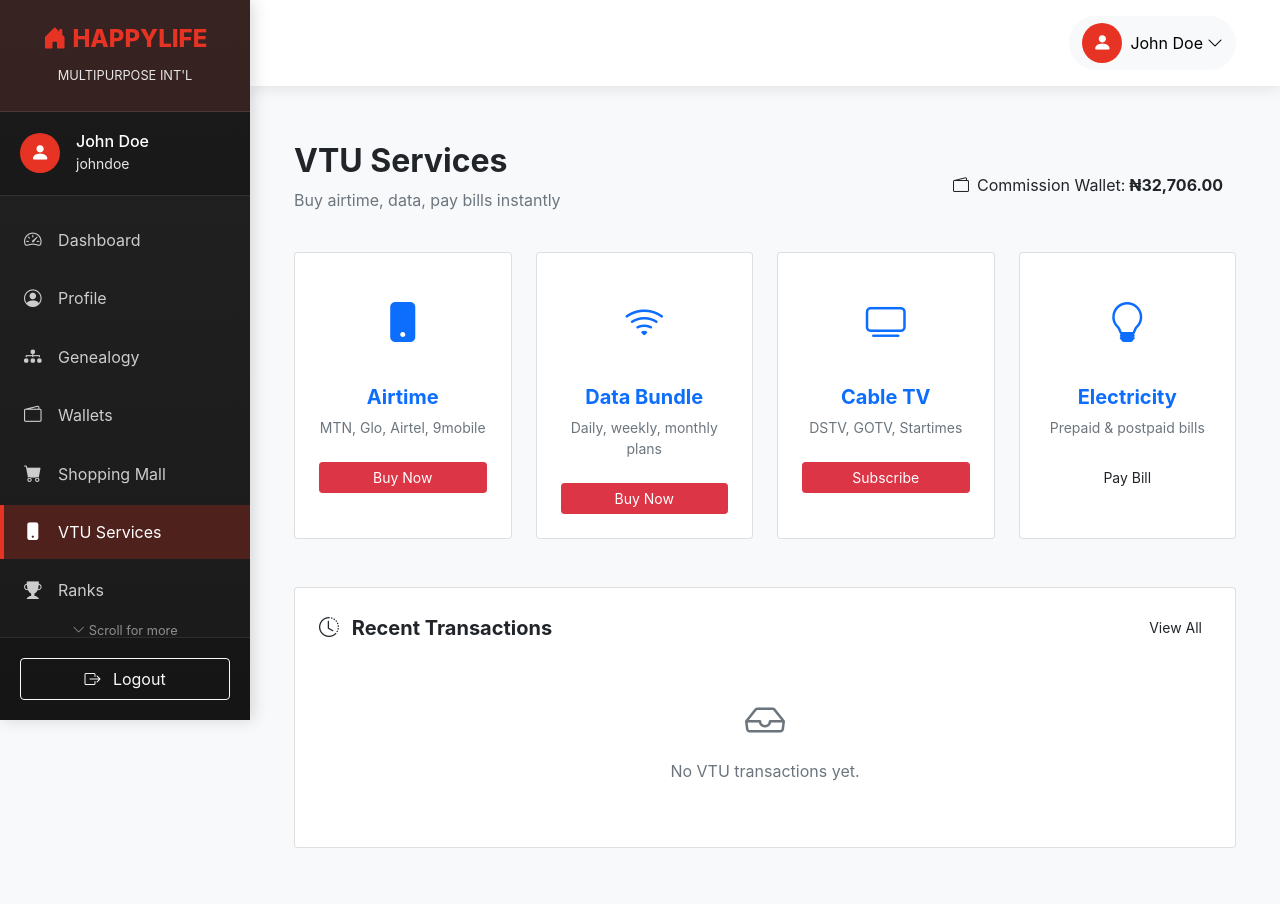
Repository: YackswebCode/happylife
Page: http://localhost/member/vtu
The author's editor kept a copy of each file at every save. The page is drawn from the files as they stood at one save, then again after the next save.
The browser window is 1280 px wide. The pictures show the whole page.
The page is served by the project's Laravel application, run on PHP 8.4 with Laravel 12. The first stored user is signed in. The database holds what the project's SQL file puts in it. Queries for data that is not in the repository find no rows.

Above is the page before, as saved 2026-03-04 12:32:51.

After the next save:
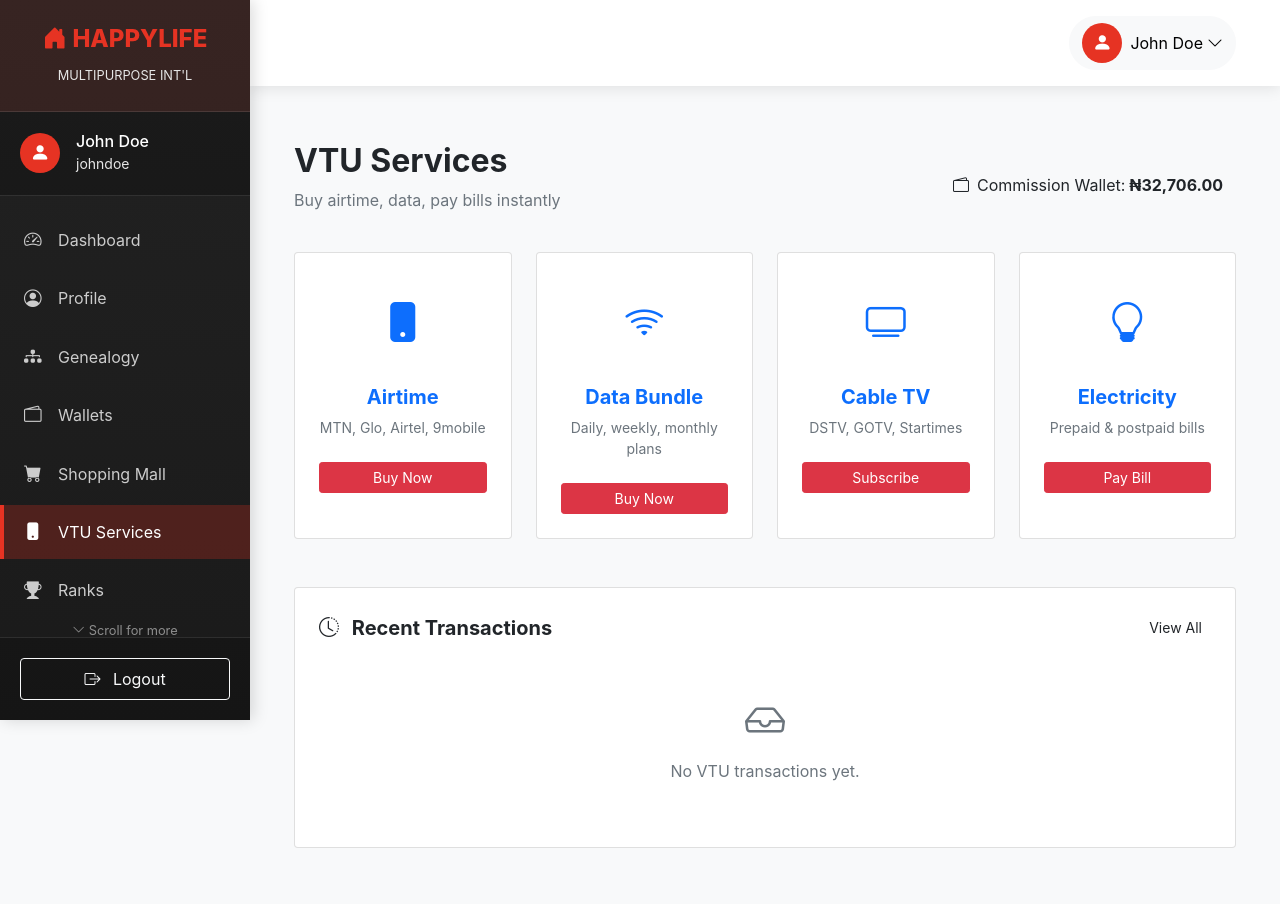
Saved 7 s later.
--- a/resources/views/member/vtu/index.blade.php
+++ b/resources/views/member/vtu/index.blade.php
@@ -62,7 +62,7 @@
                     </div>
                     <h5 class="fw-bold text-happylife-dark">Electricity</h5>
                     <p class="text-secondary small">Prepaid & postpaid bills</p>
-                    <span class="btn btn-sm btn-happylife-dark mt-2">Pay Bill</span>
+                    <span class="btn btn-sm btn-danger mt-2">Pay Bill</span>
                 </div>
             </a>
         </div>
